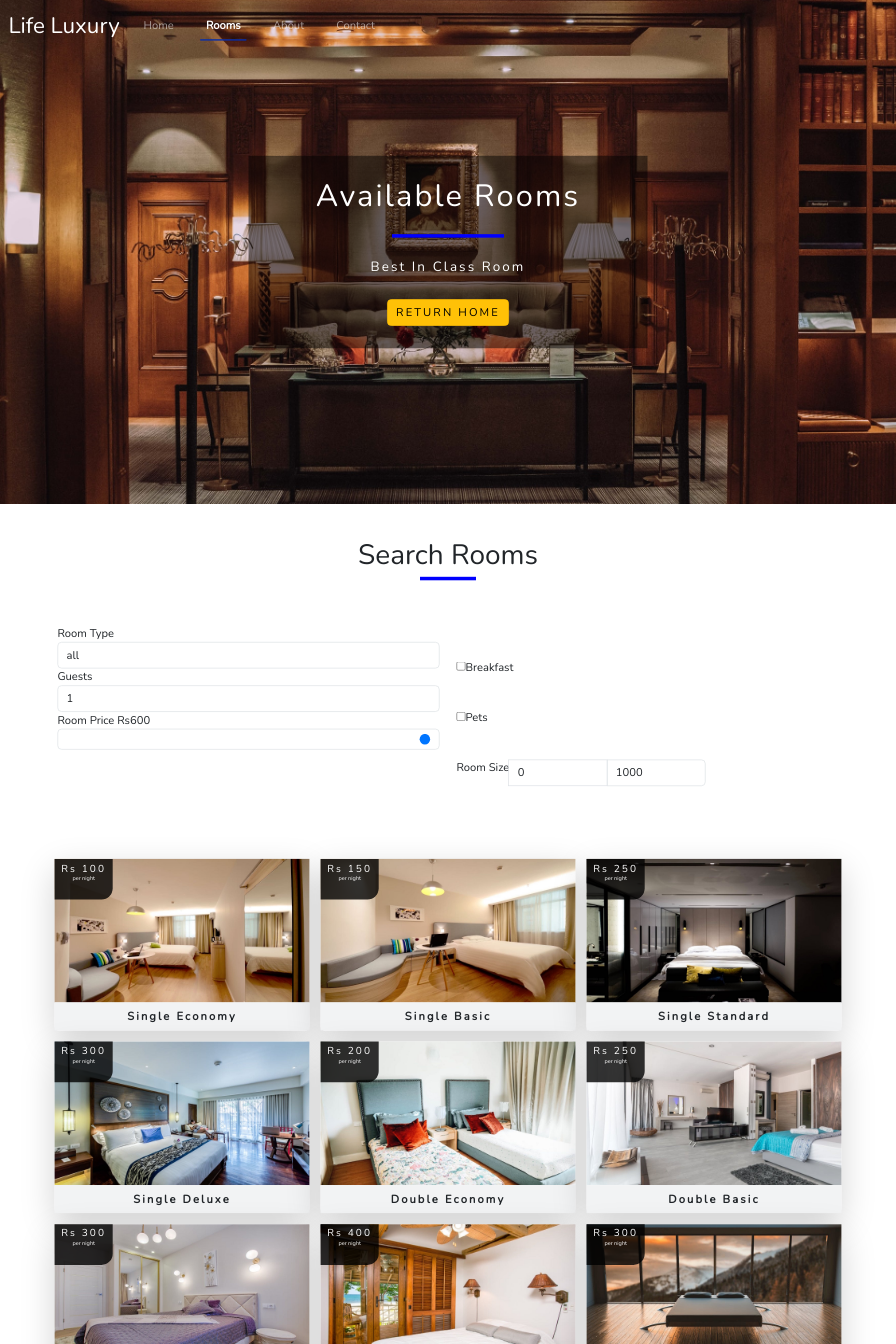
Repository: OmniaRafat232111121/Hotel-Booking-App
Page: /rooms
These files come from the project's save history. The page is drawn as it stood at one moment and after a run of saves; the edit follows.
The browser window is 1280 px wide. The pictures show the part of the page from y = 0 to 1920 px (the page is 2623 px tall), at 70% of full size.
The project was rebuilt for these pictures with package versions that can differ from the ones it lists, and the page was loaded fresh each time. A package was used in the major version that the imports need, not the one package.json lists. Also part of the build but not shown: src/components/Services.jsx, src/components/FeaturedRooms.jsx, src/pages/Home.jsx, src/components/StyledHero.jsx, src/pages/SingleRoom.jsx, src/pages/Error.jsx, src/pages/About.jsx, src/pages/Contact.jsx and 1 more.

Above is the page before, as saved 2022-07-29 21:51:08.

After the next 2 saves:
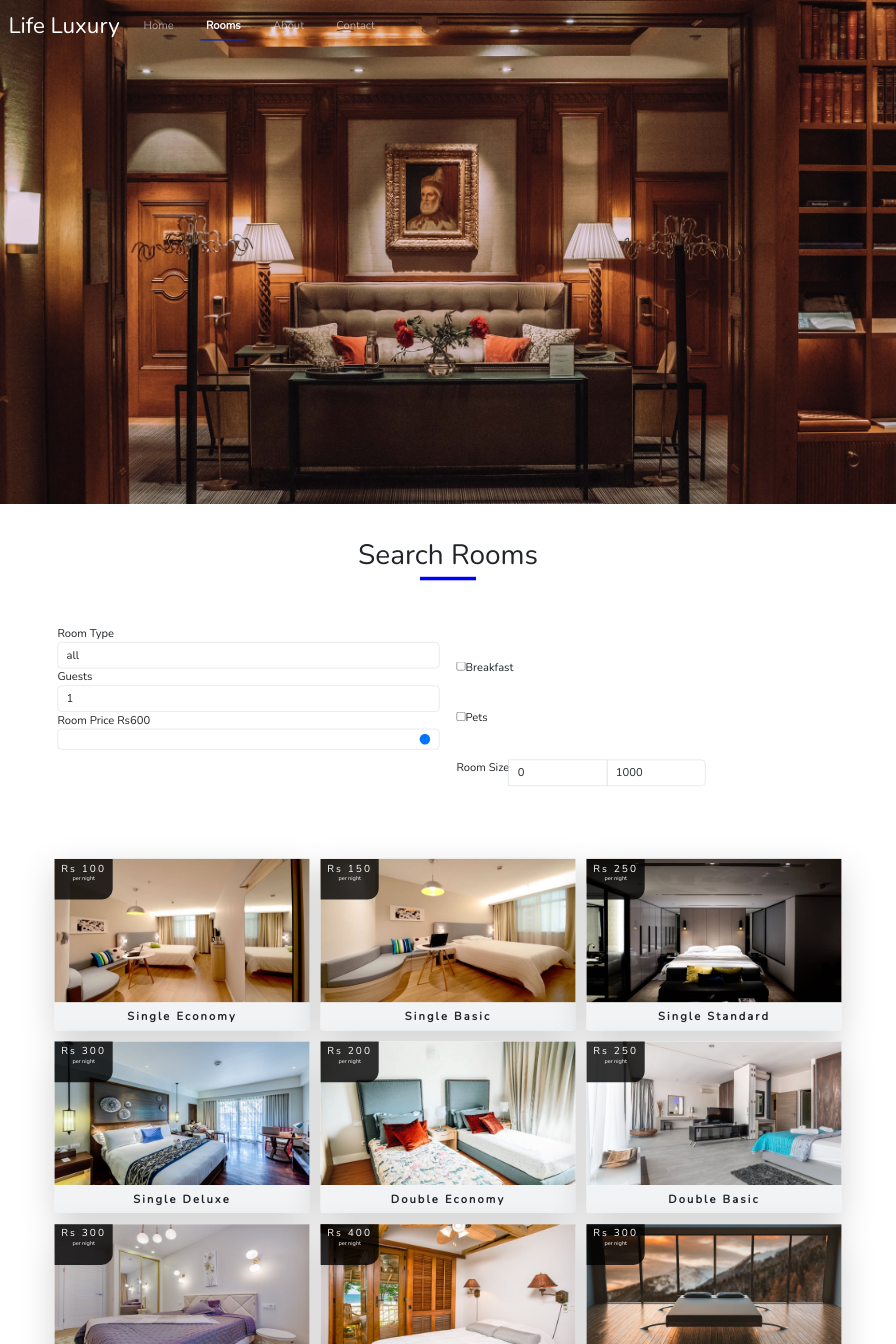
The 2 saves are shown as one change because they came seconds apart.
The last was saved 69 s later.
--- a/src/pages/Rooms.jsx
+++ b/src/pages/Rooms.jsx
@@ -8,11 +8,7 @@ const Rooms = () => {
     <div>
         <Hero hero="roomsHero">
         </Hero>
-        <Banner title="Available Rooms" subtitle="Best in Class Room">
-                <Link to="/" className="btn btn-warning">
-                      RETURN HOME
-                </Link>
-        </Banner>
+
         <RoomsContainer/>
     </div>
     )
